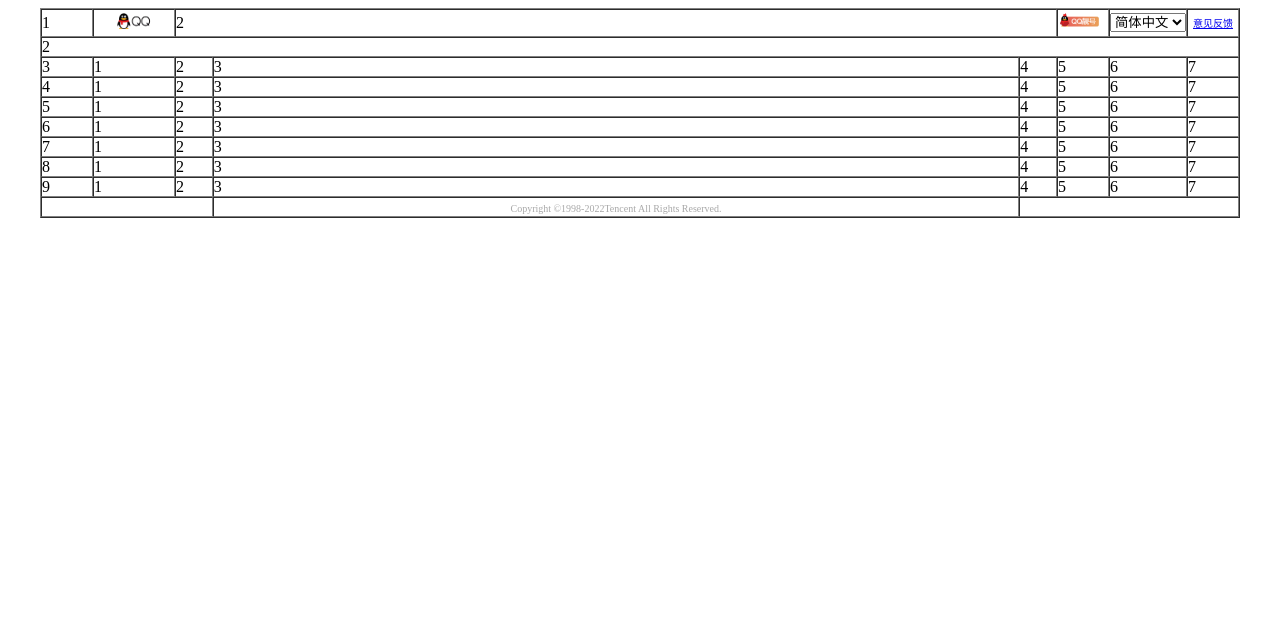
Repository: l897284707/0913
Page: qq注册界面.html
These files come from the project's save history. The page is drawn as it stood at one moment and after the next save; the edit follows.
The browser window is 1280 px wide. The pictures show the whole page.

Above is the page before, as saved 2022-09-13 20:48:56.

### qq注册界面.html
<!DOCTYPE html>
<html lang="en">

<head>
    <meta charset="UTF-8">
    <meta http-equiv="X-UA-Compatible" content="IE=edge">
    <meta name="viewport" content="width=device-width, initial-scale=1.0">
    <title>Document</title>
</head>

<body>
    <table style="width: 1200px;" align="center" valign="middle" border="1" cellspacing="0" cellpadding="0">
        <tr>
            <td style="width:50px;">
                1
            </td>
            <td align="center" valign="middle" style="width: 80px;"><img src="/img/图片1.png" alt="qq图标" width="50"></td>
            <td colspan="3" style="">2</td>
            <td style="width: 50px;">
                <img src="/img/新建项目.png" alt="">
            </td>
            <td align="center" style="width: 50px;">
                <select>
                    <option value="">简体中文</option>
                    <option value="">繁体中文</option>
                    <option value="">English</option>
                </select>
            </td>
            <td align="center" style=" width: 50px; font-size: 10px;">
                <a href=" ">意见反馈</a>
            </td>
        </tr>
        <tr>
            <td colspan="8">2</td>

        </tr>
        <tr>
            <td>3</td>
            <td>1</td>
            <td>2</td>
            <td>3</td>
            <td>4</td>
            <td>5</td>
            <td>6</td>
            <td>7</td>
        </tr>
        <tr>
            <td>4</td>
            <td>1</td>
            <td>2</td>
            <td>3</td>
            <td>4</td>
            <td>5</td>
            <td>6</td>
            <td>7</td>
        </tr>
        <tr>
            <td>5</td>
            <td>1</td>
            <td>2</td>
            <td>3</td>
            <td>4</td>
            <td>5</td>
            <td>6</td>
            <td>7</td>
        </tr>
        <tr>
            <td>6</td>
            <td>1</td>
            <td>2</td>
            <td>3</td>
            <td>4</td>
            <td>5</td>
            <td>6</td>
            <td>7</td>
        </tr>
        <tr>
            <td>7</td>
            <td>1</td>
            <td>2</td>
            <td>3</td>
            <td>4</td>
            <td>5</td>
            <td>6</td>
            <td>7</td>
        </tr>
        <tr>
            <td>8</td>
            <td>1</td>
            <td>2</td>
            <td>3</td>
            <td>4</td>
            <td>5</td>
            <td>6</td>
            <td>7</td>
        </tr>
        <tr>
            <td>9</td>
            <td>1</td>
            <td>2</td>
            <td>3</td>
            <td>4</td>
            <td>5</td>
            <td>6</td>
            <td>7</td>
        </tr>
        <tr>
            <td colspan="3"></td>

            <td align="center">
                <label style="font-size: 10px; color: darkgrey;">Copyright ©1998-2022Tencent All Rights Reserved.</label>
            </td>
            <td colspan="4"> </td>

        </tr>
    </table>

</body>

</html>

After the next save:
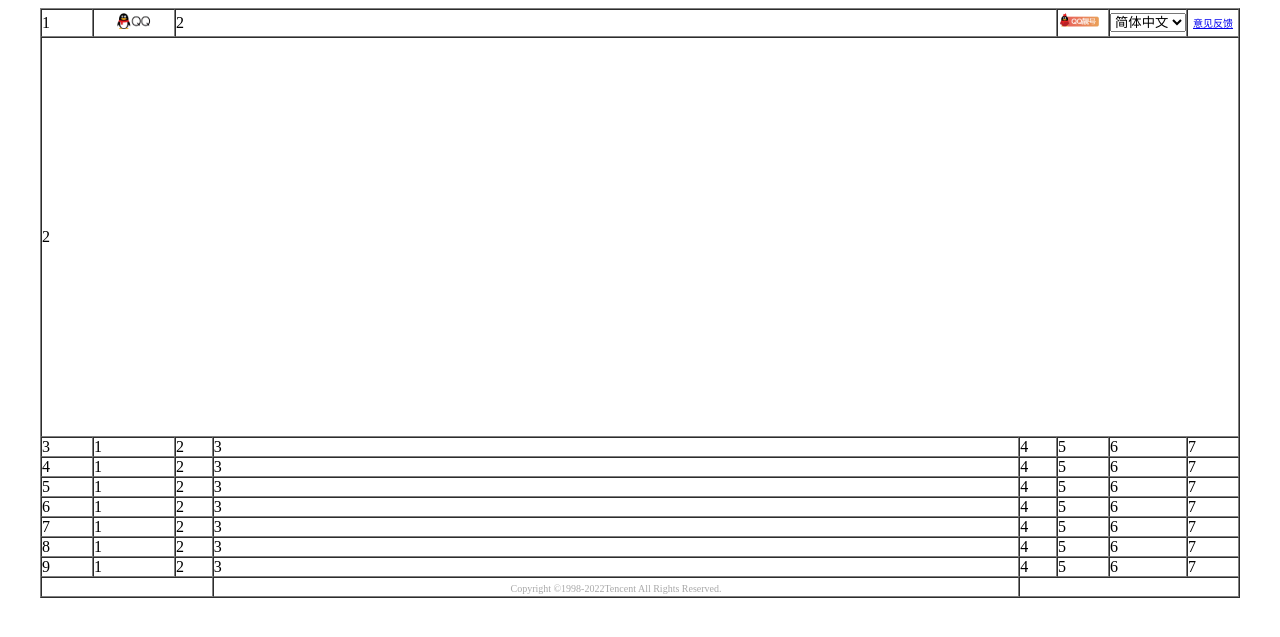
Saved 16 s later.
--- a/qq注册界面.html
+++ b/qq注册界面.html
@@ -30,7 +30,7 @@
                 <a href=" ">意见反馈</a>
             </td>
         </tr>
-        <tr>
+        <tr style="height: 400px;">
             <td colspan="8">2</td>
 
         </tr>
